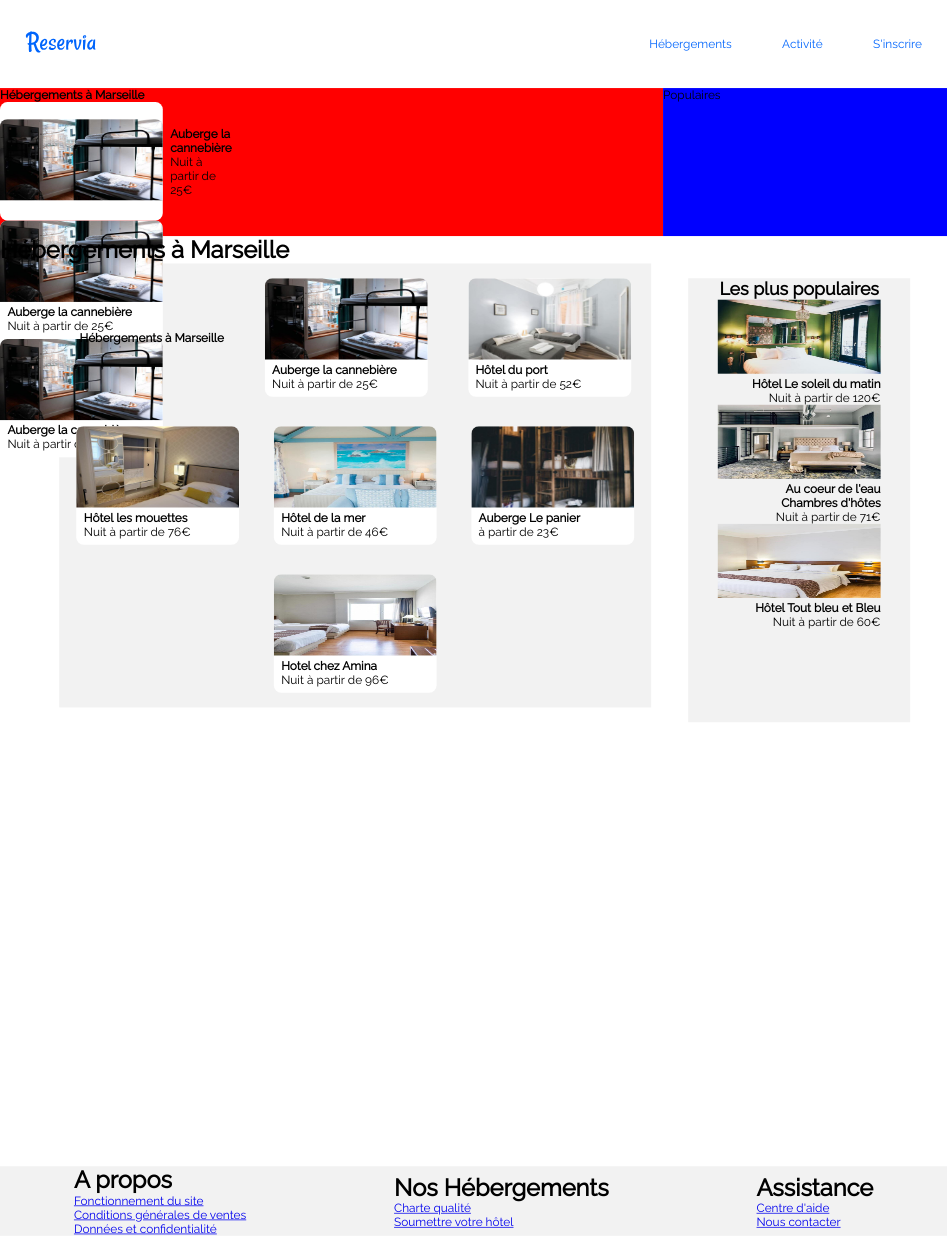
Repository: SoumareHarona/Soumaraharona_P2_18052021
Page: reservia.html
The author's editor kept a copy of each file at every save. The page is drawn from the files as they stood at one save, then again after the next save.
The browser window is 1280 px wide. The pictures show the whole page, at 74% of full size.

Above is the page before, as saved 2021-06-14 16:02:03.

### reservia.html
<!DOCTYPE html>
<html lang="fr">
    <head>
        <link rel="preconnect" href="https://fonts.gstatic.com">
        <link href="https://fonts.googleapis.com/css2?family=Raleway:wght@100&display=swap" rel="stylesheet">
        <meta charset="utf-8">
        <title>Réservia</title>
        <link rel="stylesheet" href="style.css">
        <link rel="icon" type="image/png" sizes="16x16" href="images/logo/Reservia@3x.png">
    </head>

    <body>
        <header>

            <nav class="navbar">
                <ul>
                    <li class="navbar-logo"><a href="#"><img class="logo" src="images/logo/Reservia.svg"></a></li>
                    <li class="=navbar-links"><a href="#">Hébergements</a></li>
                    <li class="navbar-links"><a href="#">Activité</a></li>
                    <li class="navbar-links"><a href="#">S'inscrire</a></li>
                </ul>
            </nav>

        </header>

        <div class="hebEtPop">
            <div class="heb" style="background-color: red;height: 200px;">
                <p class="titre"><b>Hébergements à Marseille</b></p>
                <div class="cards">
                <div class="items" style="display: flex;">
                    <a href="#"><img class="mosaique" src="images/hebergements/4_small/marcus-loke-WQJvWU_HZFo-unsplash.jpg" alt="" ></a>
                    <p><b>Auberge la cannebière</b><br>Nuit à partir de 25€</p>
                </div>
                                <div class="items">
                    <a href="#"><img class="mosaique" src="images/hebergements/4_small/marcus-loke-WQJvWU_HZFo-unsplash.jpg" alt="" ></a>
                    <p><b>Auberge la cannebière</b><br>Nuit à partir de 25€</p>
                </div>
                                <div class="items">
                    <a href="#"><img class="mosaique" src="images/hebergements/4_small/marcus-loke-WQJvWU_HZFo-unsplash.jpg" alt="" ></a>
                    <p><b>Auberge la cannebière</b><br>Nuit à partir de 25€</p>
                </div>

                </div>

            </div>
            <div class="pop" style="background-color: blue;height: 200px;">Populaires</div>
        </div>

        <div><h1>Hébergements à Marseille</h1></div>


            <div id="hebergements">
                <div class="titre"><p><b>Hébergements à Marseille</b></p></div>
                <div class="items">
                    <a href="#"><img class="mosaique" src="images/hebergements/4_small/marcus-loke-WQJvWU_HZFo-unsplash.jpg" alt="" ></a>
                    <p><b>Auberge la cannebière</b><br>Nuit à partir de 25€</p>
                </div>

                <div class="items">
                    <a href="#"><img class="mosaique" src="images/hebergements/4_small/fred-kleber-gTbaxaVLvsg-unsplash.jpg" alt="" ></a>
                    <p><b>Hôtel du port</b><br> Nuit à partir de 52€</p>
                </div>

                <div class="items">
                    <a href="#"><img class="mosaique" src="images/hebergements/4_small/reisetopia-B8WIgxA_PFU-unsplash.jpg" alt="" ></a>
                    <p><b>Hôtel les mouettes</b><br>Nuit à partir de 76€</p>
                </div>

                <div class="items">
                    <a href="#"><img class="mosaique" src="images/hebergements/4_small/annie-spratt-Eg1qcIitAuA-unsplash.jpg" alt="" ></a>
                    <p><b>Hôtel de la mer</b> <br> Nuit à partir de 46€</p>
                </div>

                <div class="items">
                    <a href="#"><img class="mosaique" src="images/hebergements/4_small/nicate-lee-kT-ZyaiwBe0-unsplash.jpg" alt=""  ></a>
                    <p><b>Auberge Le panier</b><br> à partir de 23€</p>
                </div>

                <div class="items">
                    <a href="#"><img class="mosaique" src="images/hebergements/4_small/febrian-zakaria-M6S1WvfW68A-unsplash.jpg" alt="" ></a>
                    <p><b>Hotel chez Amina</b><br> Nuit à partir de 96€</p>
                </div>
            </div>

            <aside>
                <h2>Les plus populaires</h2>
                <div class="item-aside">
                    <a href="#"><img src="images/hebergements/4_small/emile-guillemot-Bj_rcSC5XfE-unsplash.jpg" alt="" height="100" width="220"></a>
                    <p><b>Hôtel Le soleil du matin</b><br>Nuit à partir de 120€</p>
                </div>

                <div class="item-aside">
                    <a href="#"><img src="images/hebergements/4_small/aw-creative-VGs8z60yT2c-unsplash.jpg" alt="" height="100" width="220"></a>
                    <p><b>Au coeur de l'eau</b><br><b>Chambres d'hôtes</b><br>Nuit à partir de 71€</p>
                </div>

                <div class="item-aside">
                    <a href="#"><img src="images/hebergements/4_small/febrian-zakaria-sjvU0THccQA-unsplash.jpg" alt="" height="100" width="220"></a>
                    <p><b>Hôtel Tout bleu et Bleu</b><br>Nuit à partir de 60€</p>
                </div>
        </aside>

        <footer>
            <div id="footer">
                <div class="item-footer">
                    <h1>A propos</h1>
                    <ul>
                        <li><a href="#">Fonctionnement du site</a></li>
                        <li><a href="#">Conditions générales de ventes</a></li>
                        <li><a href="#">Données et confidentialité</a></li>
                    </ul>
                </div>

                <div class="item-footer">
                    <h1>Nos Hébergements</h1>
                    <ul>
                        <li><a href="#">Charte qualité</a></li>
                        <li><a href="#">Soumettre votre hôtel</a></li>
                    </ul>
                </div>

                <div class="item-footer">
                    <h1>Assistance</h1>
                    <ul>
                        <li><a href="#">Centre d'aide</a></li>
                        <li><a href="#">Nous contacter</a></li>
                    </ul>
                </div>
            </div>
        </footer>
    </body>
</html>

### style.css
@import url("https://fonts.googleapis.com/css2?family=Raleway&display=swap");

* {
  margin: 0;
  padding: 0;
  box-sizing: border-box;
  font-family: "Raleway";
}
.navbar ul {
  display: flex;
  width: 100%;
  align-items: center;
  background-color: white;
}

.navbar li {
  list-style-type: none;
  padding: 1.5rem;
  margin: 10px;
}

.navbar a {
  text-decoration: none;
  color: #0065fc;
}
.navbar-logo {
  flex: 1;
  font-size: 1.5rem;
  user-select: none;
}

.navbar-links : :hover {
  background-color: #deebff;
}

.titre {
  display: flex;
  justify-content: flex-start;
  margin: 0;
}
#hebergements {
  display: flex;
  flex-wrap: wrap;
  justify-content: space-around;
  max-width: 800px;
  width: 80%;
  background-color: #f2f2f2;
  margin-left: 80px;
  align-items: center;
  height: 600px;
  border: 30px;
}

.items {
  width: 220px;
  height: 160px;
  background-color: white;
  border-radius: 10px;
  align-items: center;
  border: 20px;
}
.items img {
  width: 220px;
  height: 110px;
  border-top-left-radius: 10px;
  border-top-right-radius: 10px;
}

.items p {
  margin-left: 10px;
}

aside {
  display: flex;
  flex-direction: column;
  float: right;
  height: 600px;
  width: 300px;
  text-align: right;
  margin-top: 20px;
  background-color: #f2f2f2;
  position: relative;
  top: -600px;
  margin-right: 50px;
  align-items: center;
}

.item-footer ul {
  list-style-type: none;
}

.item-footer li {
  align-items: center;
}
#footer {
  display: flex;
  justify-content: space-around;
  flex-wrap: wrap;
  align-items: center;
  background-color: #f2f2f2;
  max-width: 1400px;
  width: 100%;
}

.hebEtPop {
  display: flex;
  flex-wrap: wrap;
}

.heb {
  width: 70%;
}
.pop {
  width: 30%;
}

/* tablet */
@media screen and (min-width: 768px) and (max-width: 1023px) {
  .heb {
    order: 2;
    width: 100%;
  }
  .pop {
    order: 1;
    width: 100%;
  }
}

/* mobile */
@media screen and (max-width: 767px) {
}

/*
@media (max-width: 600px) {
        .navbar ul {
            flex-wrap: wrap;
        }
        .navbar-links {
            width: 100%;
            text-align: center;
        }
        .aside {
            display: flex;
            flex-direction: row;
            width: 100%;

        }

} */

After the next save:
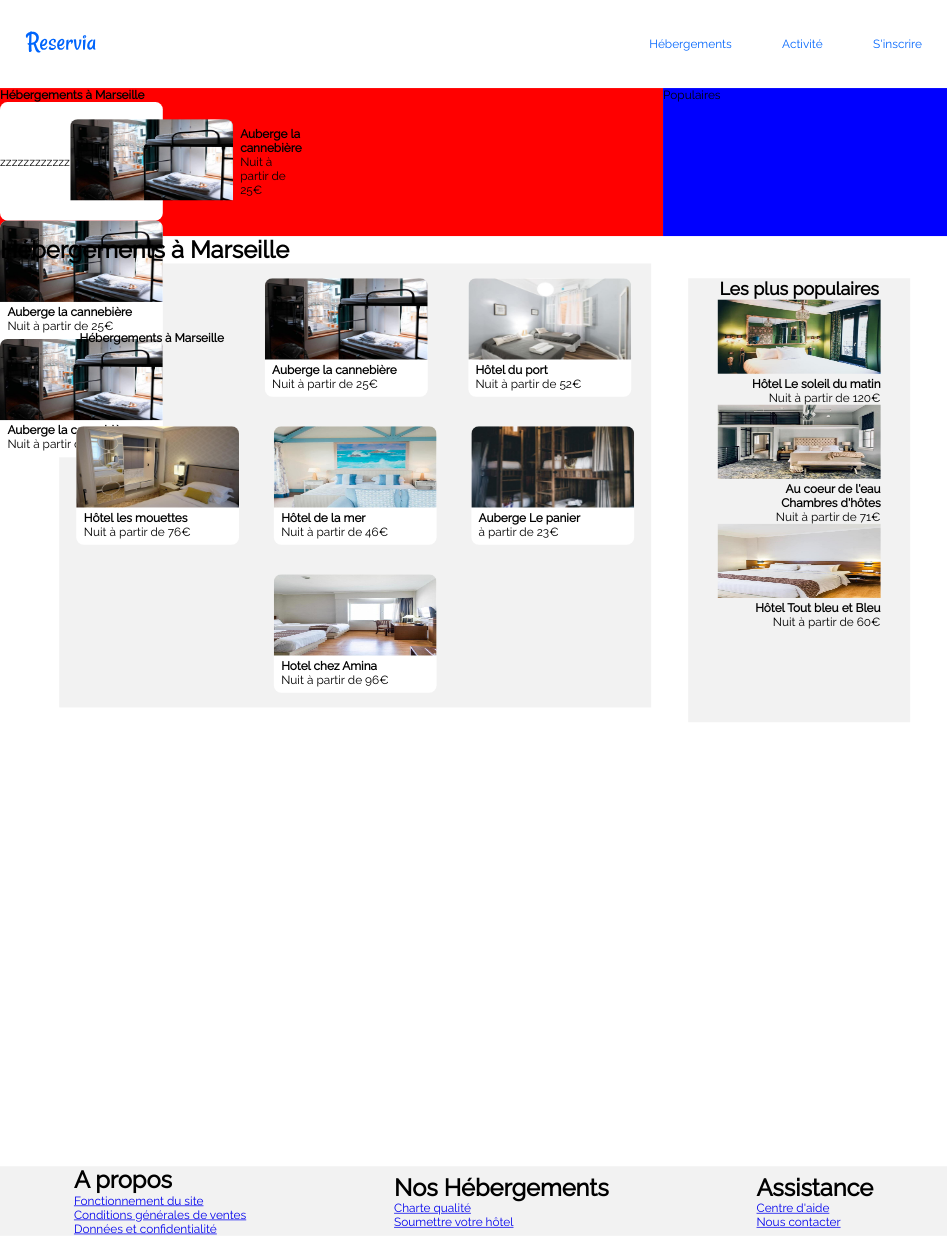
Saved 25 s later.
--- a/reservia.html
+++ b/reservia.html
@@ -28,6 +28,14 @@
                 <p class="titre"><b>Hébergements à Marseille</b></p>
                 <div class="cards">
                 <div class="items" style="display: flex;">
+                    <div class="card">zzz</div>
+                    <div class="card">zzz</div>
+                    <div class="card">zzz</div>
+                    <div class="card">zzz</div>
+
+
+
+
                     <a href="#"><img class="mosaique" src="images/hebergements/4_small/marcus-loke-WQJvWU_HZFo-unsplash.jpg" alt="" ></a>
                     <p><b>Auberge la cannebière</b><br>Nuit à partir de 25€</p>
                 </div>
